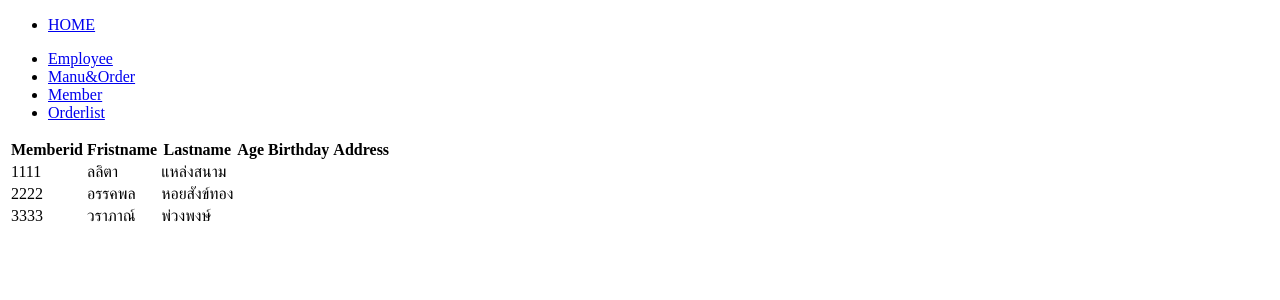
Repository: WarapornPum/OoadProject
Page: http://localhost/PizzaOrderSystem/Member.jsp
These files come from the project's save history. The page is drawn as it stood at one moment and after the next save; the edit follows.
The browser window is 1280 px wide. The pictures show the whole page.
The page is served by Tomcat 9.

Above is the page before, as saved 2019-02-17 15:56:21.

After the next save:
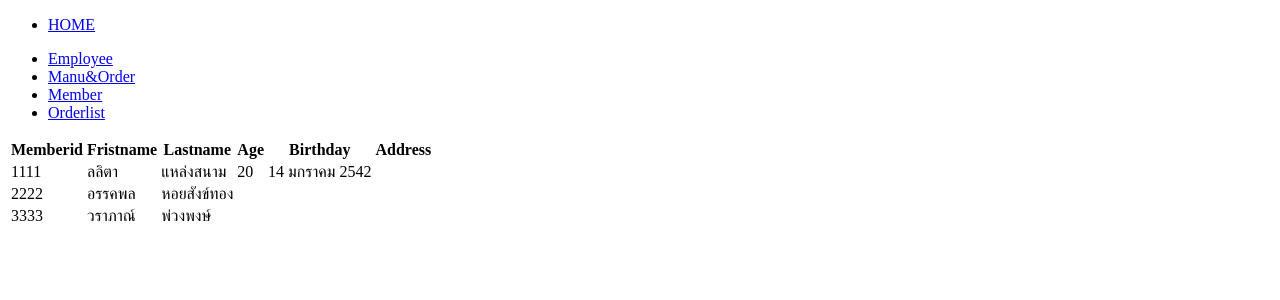
Saved 2 min 39 s later.
--- a/PizzaOrderSystem/WebContent/Member.jsp
+++ b/PizzaOrderSystem/WebContent/Member.jsp
@@ -45,6 +45,8 @@
 							<td>1111</td>
 							<td>ลลิตา</td>
 							<td>แหล่งสนาม</td>
+							<td>20</td>
+							<td>14 มกราคม 2542</td>
 						</tr>
 						<tr class="table-success">
 							<td>2222</td>
